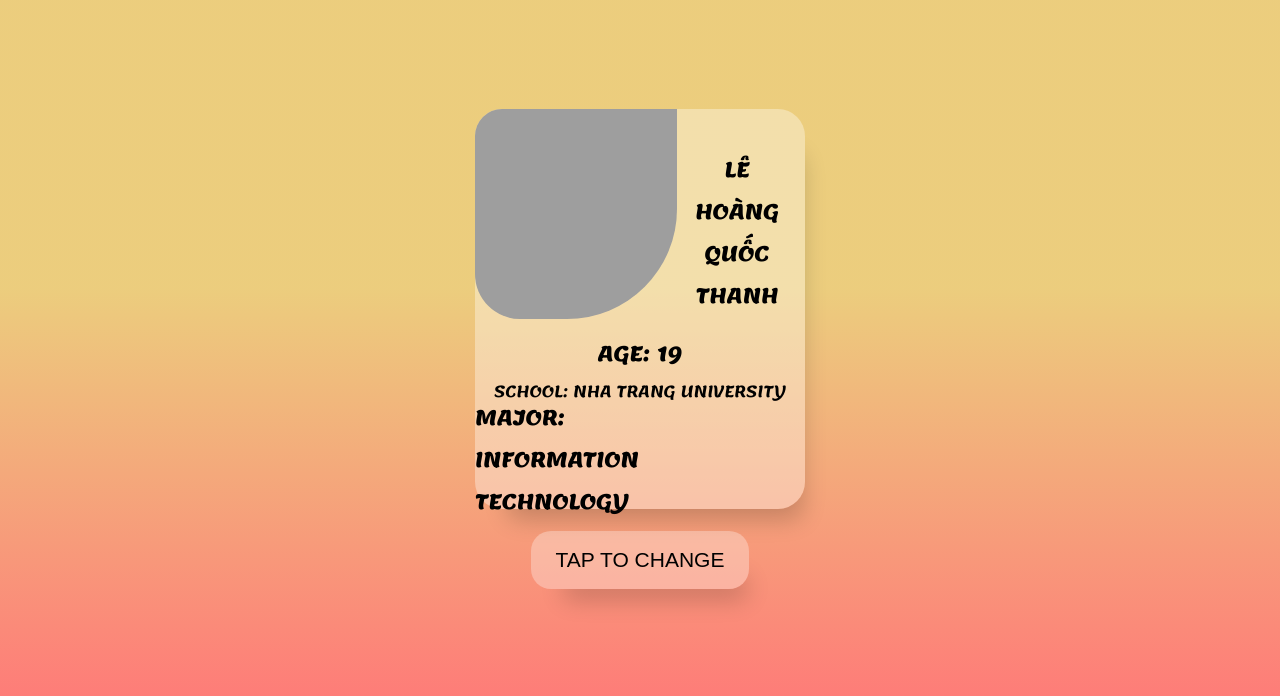
Repository: ThanhThn/profile
Page: index.html
The author's editor kept a copy of each file at every save. The page is drawn from the files as they stood at one save, then again after the next save.
The browser window is 1280 px wide. The pictures show the whole page.
Pictures or frames that could not be fetched are drawn as grey boxes. Some web fonts or font styles are not loaded; a fallback is used.

Above is the page before, as saved 2022-12-05 20:10:51.

### index.html
<!DOCTYPE html>
<html lang="en">
<head>
    <meta charset="UTF-8">
    <meta http-equiv="X-UA-Compatible" content="IE=edge">
    <meta name="viewport" content="width=device-width, initial-scale=1.0">
    <title>Document</title>
    <link rel="stylesheet" href="style.css">
</head>
<body>
    <div class="container">
        <div class="content">
            <img src="avata.jpg" alt="avatar">
            <span class="name">LÊ hoàng quốc thanh</span>
            <span class="age" ></span>
            <span id="school">school: nha trang university</span>
            <div class="major">
                <span id = "major">Major:</span>
                <span id = "major--name">information technology</span>
            </div>
        </div>
        <button class="btn">tap to change</button>
    </div>

    <script>
        var ages = new Date().getFullYear() - 2003;
        var text = document.getElementsByClassName("age");
        for(let i = 0; i < text.length; i++){
            text[i].innerHTML = `age: ${ages}`;
        }
    </script>
</body>
</html>

### style.css
@import url('https://fonts.googleapis.com/css2?family=Kodchasan:wght@700&family=Lemonada:wght@300;600;700&family=Pacifico&display=swap');
*{
    padding: 0;
    margin: 0;
    box-sizing: border-box;
}

body{
    background:  linear-gradient( to bottom, rgba(223, 172,39,60%) 40%, rgba(255,22,22,58%) 100% );
    width: 100%;
    height: 100vh;
}
.container{
    position: absolute;
    top: 50%;
    left: 50%;
    transform: translate(-50%, -50%);
    display: flex;
    flex-direction: column;
    align-items: center;
}

.content{
    width: 330px;
    height: 400px;
    background: rgba(255, 255, 255, 35%);
    border-radius: 27px;
    box-shadow: rgba(0, 0, 0, .2) 15px 28px 25px -18px;
}

.content img{
    width: 202px;
    height: 210px;
    border-radius: 27px 0 110px 45px;
    object-fit: cover;
    object-position: -32px 0;
}
span{
    width: 104px;
    font-size: 21px;
    text-transform: uppercase;
    font-weight: 700;
    font-family: 'Lemonada', cursive;
}
.content .name{
    position: absolute;
    text-align: center;
    top: 40px;
    left: 210px;
}

.content .age{
    display: block;
    position: relative;
    width: 100%;
    top: 10px;
    text-align: center;
}
#school{
    font-size: 16px;
    font-weight: 600;
    display: block;
    width: 100%;
    text-align: center;
    position: relative;
    top:10px;
}

.major{
    width: 214px;
    height: 72px;
}
.btn{
    background: rgba(255, 255, 255, .3);
    width: 218px;
    height: 58px;
    border-radius: 20px;
    border: none;
    margin: 22px;
    font-family: 'Kodchasan', sans-serif;
    font-size: 21px;
    text-transform: uppercase;
    box-shadow: rgba(0, 0, 0, .2) 15px 28px 25px -18px;
    background-position: 0 90%;
    background-repeat: repeat no-repeat;

}

.btn:hover {
    box-shadow: rgba(0, 0, 0, .3) 2px 8px 8px -5px;
    transform: translate3d(0, 2px, 0);
}


.btn:focus {
  box-shadow: rgba(0, 0, 0, .3) 2px 8px 4px -6px;
}

After the next save:
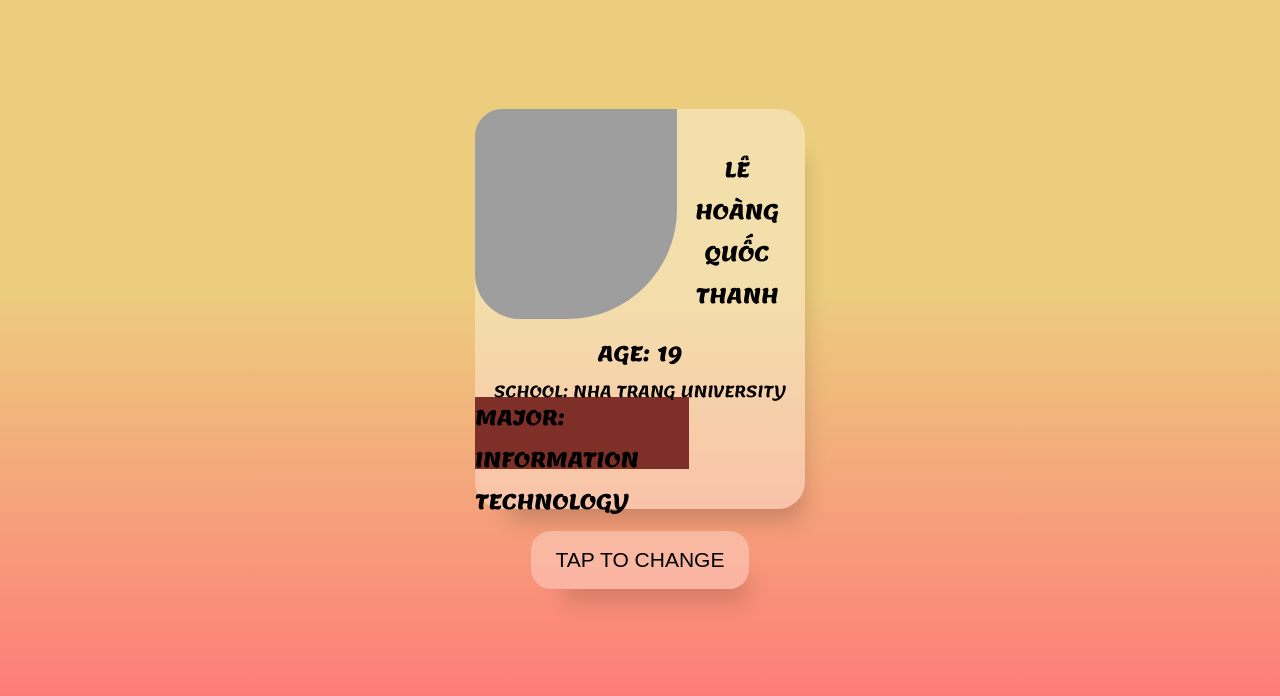
Saved 2 min 18 s later.
--- a/style.css
+++ b/style.css
@@ -69,6 +69,7 @@ span{
 .major{
     width: 214px;
     height: 72px;
+    background-color: rgba(126, 48, 40, 1);
 }
 .btn{
     background: rgba(255, 255, 255, .3);
